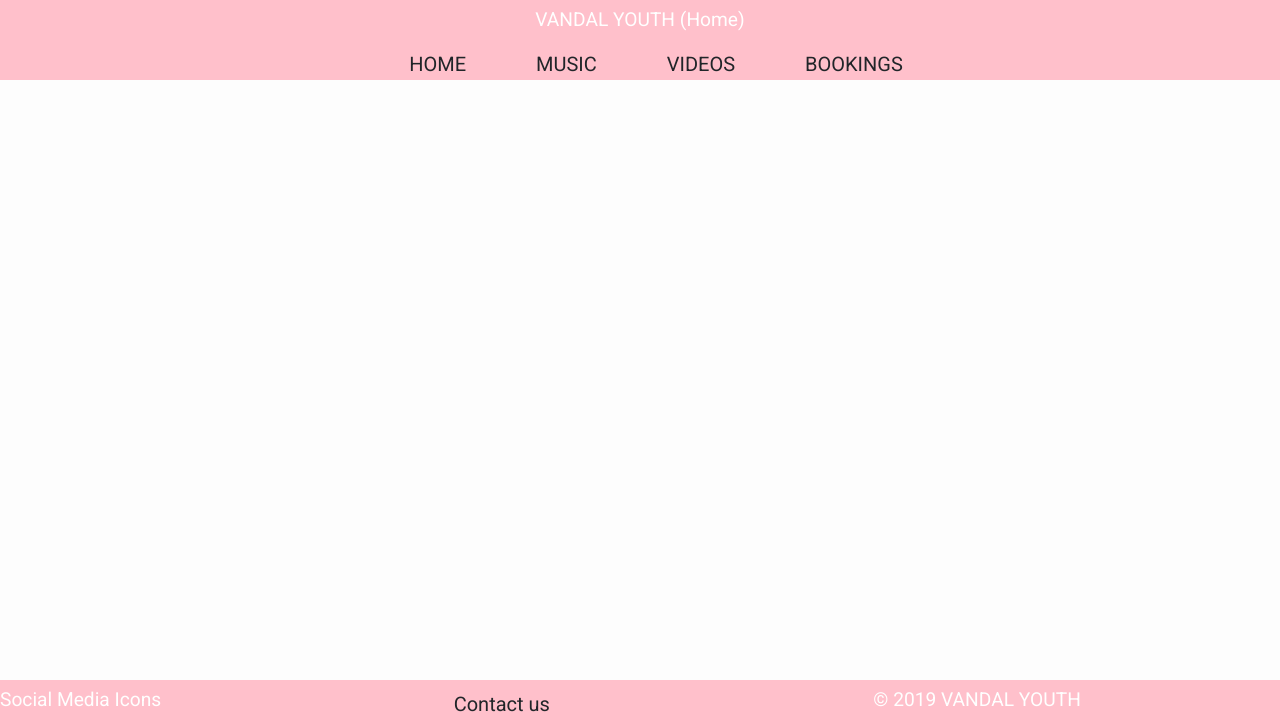
Repository: dof-bull/ci_milestone_project_1_Vandal_Youth
Page: index.html
The author's editor kept a record of every edit. The page is drawn from the files as they stood at one moment, then again after the next edit.
The browser window is 1280 px wide. The pictures show the whole page.

Above is the page before.

### index.html
<!DOCTYPE html>
<html lang="en">

<head>
    <meta charset="UTF-8">
    <meta name="viewport" content="width=device-width, initial-scale=1.0">
    <meta http-equiv="X-UA-Compatible" content="ie=edge">
    <link rel="stylesheet" href="https://stackpath.bootstrapcdn.com/bootstrap/4.3.1/css/bootstrap.min.css" integrity="sha384-ggOyR0iXCbMQv3Xipma34MD+dH/1fQ784/j6cY/iJTQUOhcWr7x9JvoRxT2MZw1T" crossorigin="anonymous">
    <link href="https://stackpath.bootstrapcdn.com/font-awesome/4.7.0/css/font-awesome.min.css" rel="stylesheet" integrity="sha384-wvfXpqpZZVQGK6TAh5PVlGOfQNHSoD2xbE+QkPxCAFlNEevoEH3Sl0sibVcOQVnN" crossorigin="anonymous">
    <link href="https://fonts.googleapis.com/css?family=Roboto:400,700&display=swap" rel="stylesheet">
    <link rel="stylesheet" href="assets/css/style.css" type="text/css" />
    <title>Vandal Youth | Official Site</title>
</head>

<body>
    <header>
        <h1 class="container-fluid band-name-top">VANDAL YOUTH (Home)</h1>
    </header>

    <!--********NAVBAR********-->
    <div class="container-fluid">
        <nav>
            <ul>
                <li><a class="btn btn-lg btn--cta btn--pink" href="index.html">HOME</a></li>
                <li><a class="btn btn-lg btn--cta btn--pink" href="music.html">MUSIC</a></li>
                <li><a class="btn btn-lg btn--cta btn--pink"href="videos.html">VIDEOS</a></li>
                <li><a class="btn btn-lg btn--cta btn--pink"href="bookings.html">BOOKINGS</a></li>
            </ul>
        </nav>
    </div>
    <!--********/NAVBAR********-->


    <section>

    </section>

    <!--********FOOTER********-->
    <footer>
        <div class="container-fluid footer">
            <div class="row">
                <div class="col">
                    Social Media Icons
                </div>
                <div class="col">
                    <p><button class="btn btn-lg btn--cta btn--pink" data-toggle="modal" data-target="#signUpModal">Contact us</button></p>
                </div>
                <div class="col">
                    © 2019 VANDAL YOUTH
                </div>
            </div>
        </div>
    </footer>
    <!--********/FOOTER********-->

    <!--  Modal -->
    <div class="modal" tabindex="-1" role="dialog" id="signUpModal">
        <div class="modal-dialog" role="document">
            <div class="modal-content">
                <div class="modal-header">
                    <h5 class="modal-title">Get in touch with us for any questions, bookings or collaborations.</h5>


                    <button type="button" class="close" data-dismiss="modal" aria-label="Close">
          <span aria-hidden="true">&times;</span>
        </button>
                </div>
                <div class="modal-body">
                    <form>
                        <div class="form-group">
                            <label for="recipient-name" class="col-form-label">Name:</label>
                            <input type="text" class="form-control" id="recipient-name">
                        </div>
                        <div class="form-group">
                            <label for="exampleInputEmail1">Email address</label>
                            <input type="email" class="form-control" id="exampleInputEmail1" aria-describedby="emailHelp" placeholder="Enter email">
                            <small id="emailHelp" class="form-text text-muted">We'll never share your email with anyone else.</small>
                        </div>
                        <div class="form-group">
                            <label for="message-text" class="col-form-label">Message:</label>
                            <textarea class="form-control" id="message-text"></textarea>
                        </div>
                        <button type="submit" class="btn btn-success">Submit</button>
                    </form>
                </div>
            </div>
        </div>
    </div>
    <!--  /Modal -->

    <script src="https://code.jquery.com/jquery-3.3.1.slim.min.js" integrity="sha384-q8i/X+965DzO0rT7abK41JStQIAqVgRVzpbzo5smXKp4YfRvH+8abtTE1Pi6jizo" crossorigin="anonymous"></script>
    <script src="https://cdnjs.cloudflare.com/ajax/libs/popper.js/1.14.7/umd/popper.min.js" integrity="sha384-UO2eT0CpHqdSJQ6hJty5KVphtPhzWj9WO1clHTMGa3JDZwrnQq4sF86dIHNDz0W1" crossorigin="anonymous"></script>
    <script src="https://stackpath.bootstrapcdn.com/bootstrap/4.3.1/js/bootstrap.min.js" integrity="sha384-JjSmVgyd0p3pXB1rRibZUAYoIIy6OrQ6VrjIEaFf/nJGzIxFDsf4x0xIM+B07jRM" crossorigin="anonymous"></script>


</body>

</html>

### assets/css/style.css
body {
    font-family: 'Roboto', sans-serif;
    background-color: #fdfdfd;
}

.container-fluid {
    padding: 0px
}

/* Header */

.band-name-top {
    text-align: center;
    background-color: pink;
    color: white;
    font-size: 1.2em;
    line-height: 40px;
    height: 40px;
    display: inline-block;
    margin-left: 2.5%;
    list-style: none;
    margin: 0;
    padding: 0;
}


/* Navbar */

nav {
    padding: 0px
}

nav ul {
    list-style: none;
    background-color: pink;
    text-align: center;
    margin: 0;
    padding: 0;
}

nav li {
    font-size: 1.2em;
    line-height: 40px;
    height: 40px;
    display: inline-block;
    margin-left: 2.5%
}

nav a {
    text-decoration: none;
    color: #fff;
    display: block
}

nav a:hover {
    background-color: #fff;
    color: #4a4a4f;
    list-style: none;
}



/* Footer */

.footer {

    position: fixed;
    left: 0;
    bottom: 0;
    width: 100%;
    background-color: pink;
    color: white;
    font-size: 1.2em;
    line-height: 40px;
    height: 40px;
    display: inline-block;
    margin-left: 2.5%;
    list-style: none;
    margin: 0;
    padding: 0;
}


.footer2 {
   position: fixed;
   left: 0;
   bottom: 0;
   width: 100%;
   background-color: pink;
   color: white;
   text-align: center;
}

After the next edit:
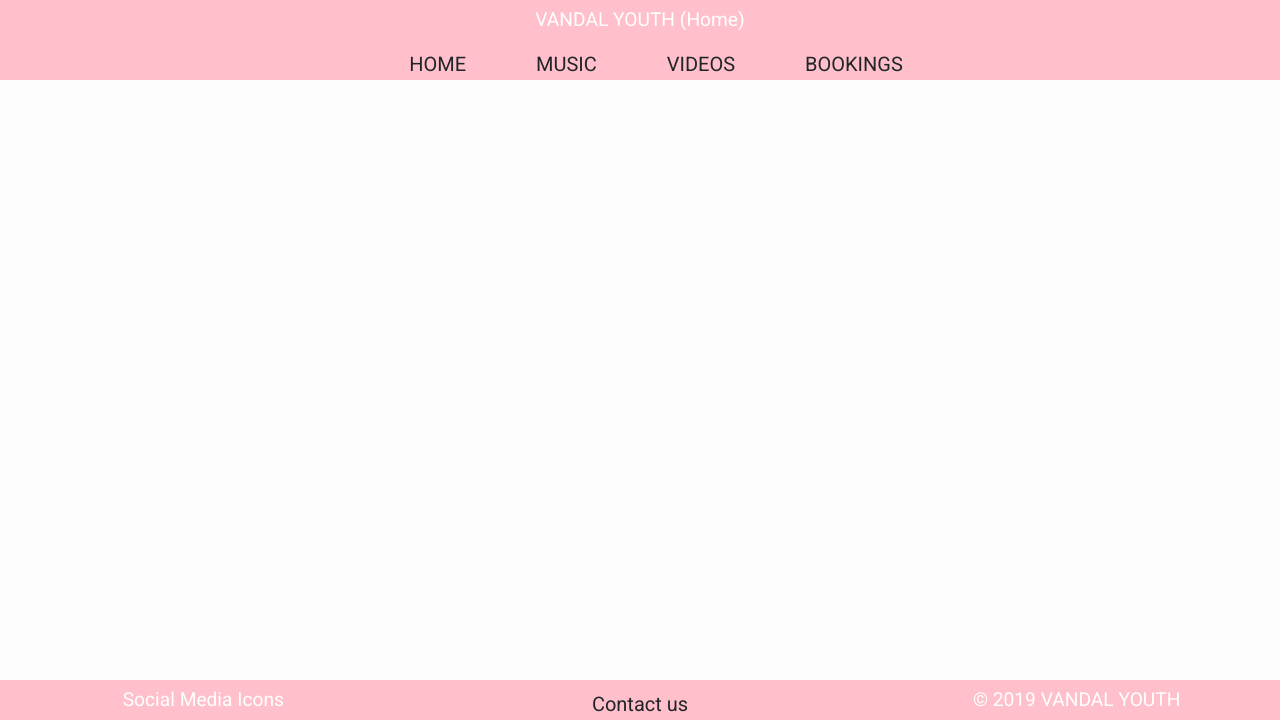
The edit:
--- a/assets/css/style.css
+++ b/assets/css/style.css
@@ -81,12 +81,20 @@
 }
 
 
-.footer2 {
-   position: fixed;
-   left: 0;
-   bottom: 0;
-   width: 100%;
-   background-color: pink;
-   color: white;
-   text-align: center;
+.footer {
+    position: fixed;
+    left: 0;
+    bottom: 0;
+    width: 100%;
+    background-color: pink;
+    color: white;
+    text-align: center;
+    font-size: 1.2em;
+    line-height: 40px;
+    height: 40px;
+    display: inline-block;
+    margin-left: 2.5%;
+    list-style: none;
+    margin: 0;
+    padding: 0;
 }
